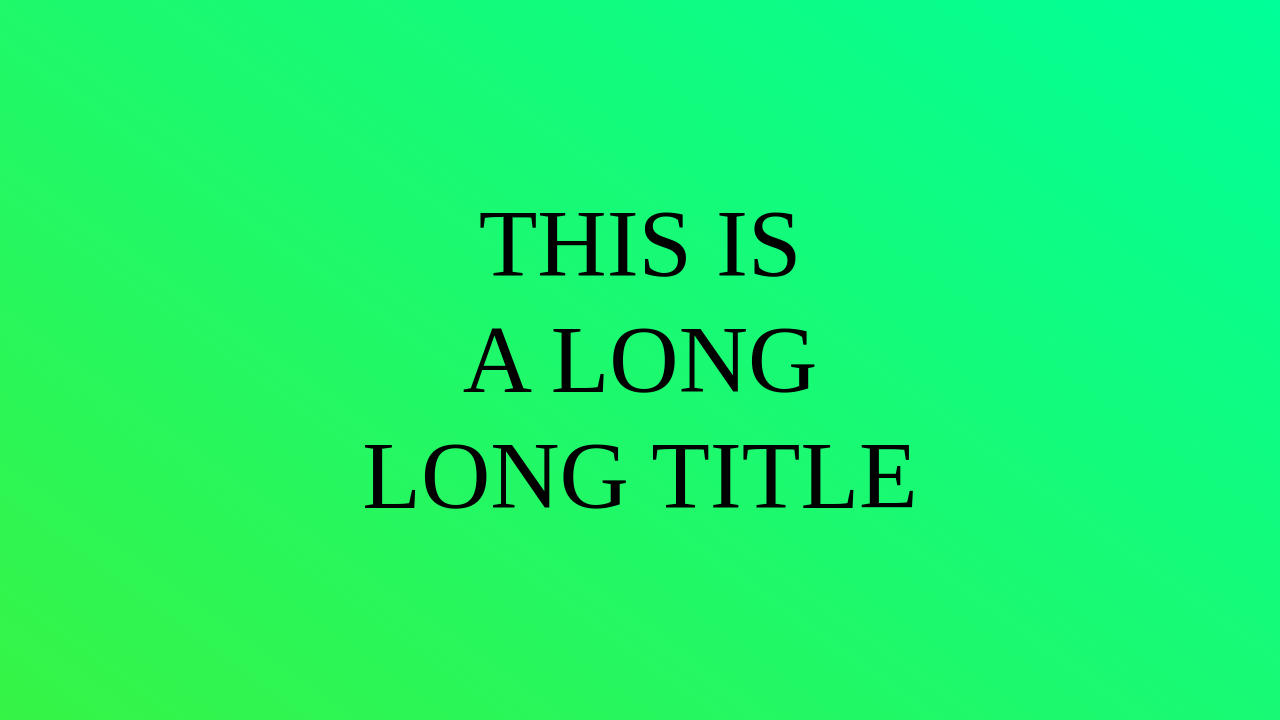
Repository: zuuo/--
Page: 文字入场动画1/index.html
These files come from the project's save history. The page is drawn as it stood at one moment and after the next save; the edit follows.
The browser window is 1280 px wide. The pictures show the whole page.
The style sheet was rebuilt from its Sass, Less or Tailwind sources for each picture, by a compiler version that may differ from the author's.

Above is the page before, as saved 2024-03-03 20:59:06.

### 文字入场动画1/index.html
<!DOCTYPE html>
<html lang="en">

<head>
    <meta charset="UTF-8">
    <meta name="viewport" content="width=device-width, initial-scale=1.0">
    <title>文字入场动画1</title>
    <link rel="stylesheet" href="./style.css">
</head>

<body>
    <div class="title">
        <p>THIS IS</p>
        <p>A LONG</p>
        <p>LONG TITLE</p>
    </div>
</body>
<script src="index.js"></script>

</html>

### 文字入场动画1/style.less
body {
    padding: 0;
    margin: 0;
    background-image: linear-gradient(36deg, #36f446, #00ff99);
}

.title {
    width: 100vw;
    height: 100vh;
    display: flex;
    justify-content: center;
    align-items: center;
    flex-direction: column;
    font-size: 96px;
    p {
        line-height: 1;
        margin: 10px 0;
    }
}

Loaded but not shown: 文字入场动画1/index.js (no stored copy; drawn as an empty file)

After the next save:
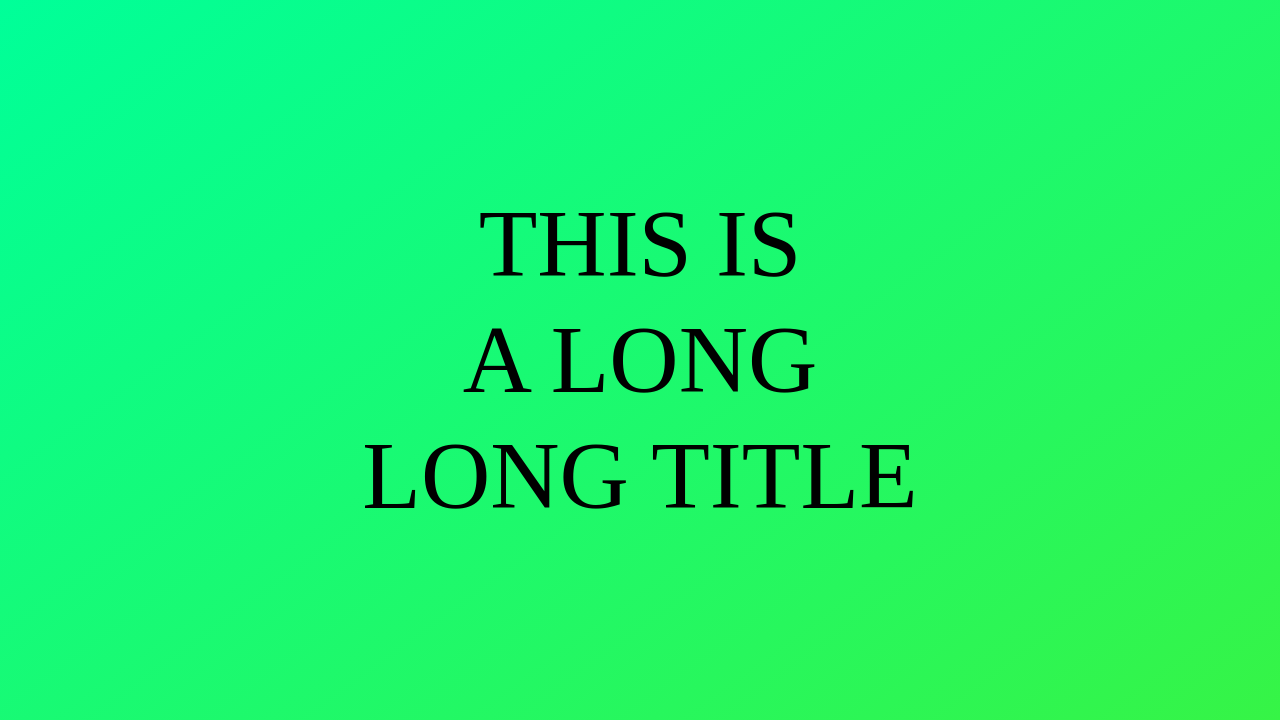
Saved 10 s later.
--- a/文字入场动画1/style.less
+++ b/文字入场动画1/style.less
@@ -1,7 +1,7 @@
 body {
     padding: 0;
     margin: 0;
-    background-image: linear-gradient(36deg, #36f446, #00ff99);
+    background-image: linear-gradient(-36deg, #36f446, #00ff99);
 }
 
 .title {
